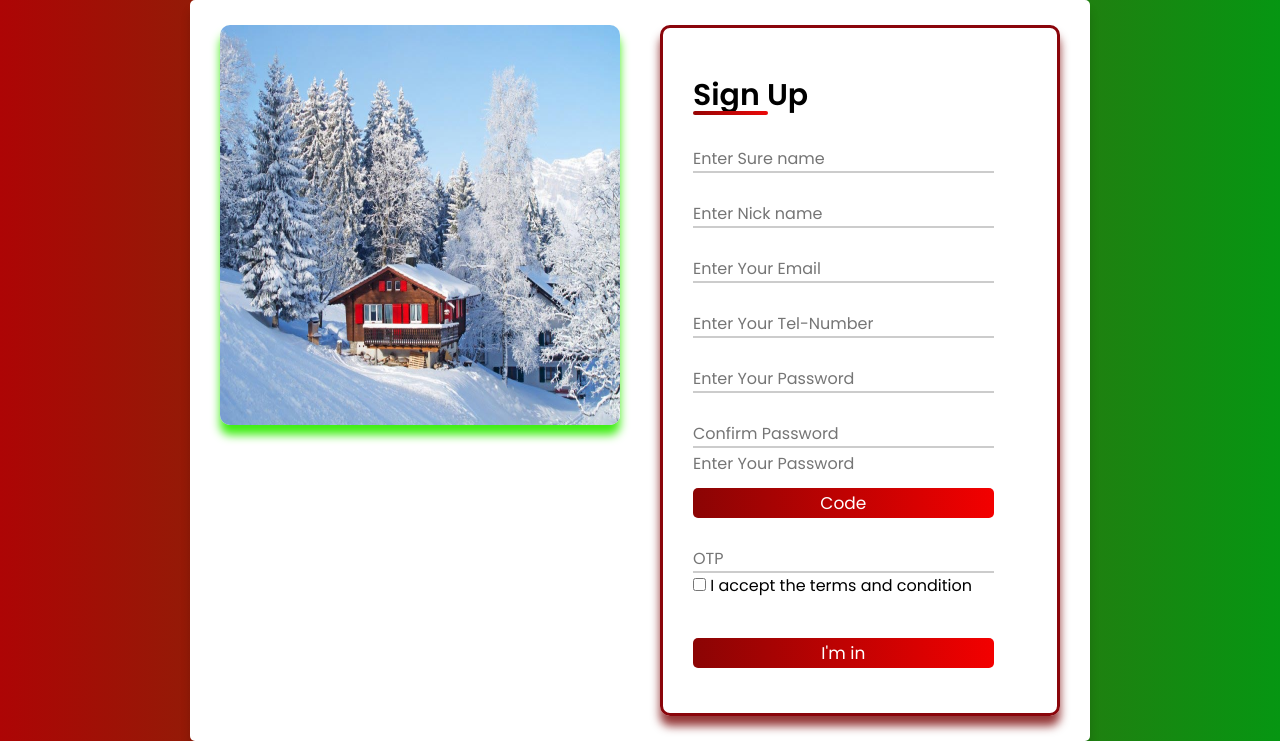
Repository: dev-ashik/Halloween
Page: Reg Page/Index.html
The author's editor kept a copy of each file at every save. The page is drawn from the files as they stood at one save, then again after the next save.
The browser window is 1280 px wide. The pictures show the whole page.

Above is the page before, as saved 2021-12-21 22:27:56.

After the next save:
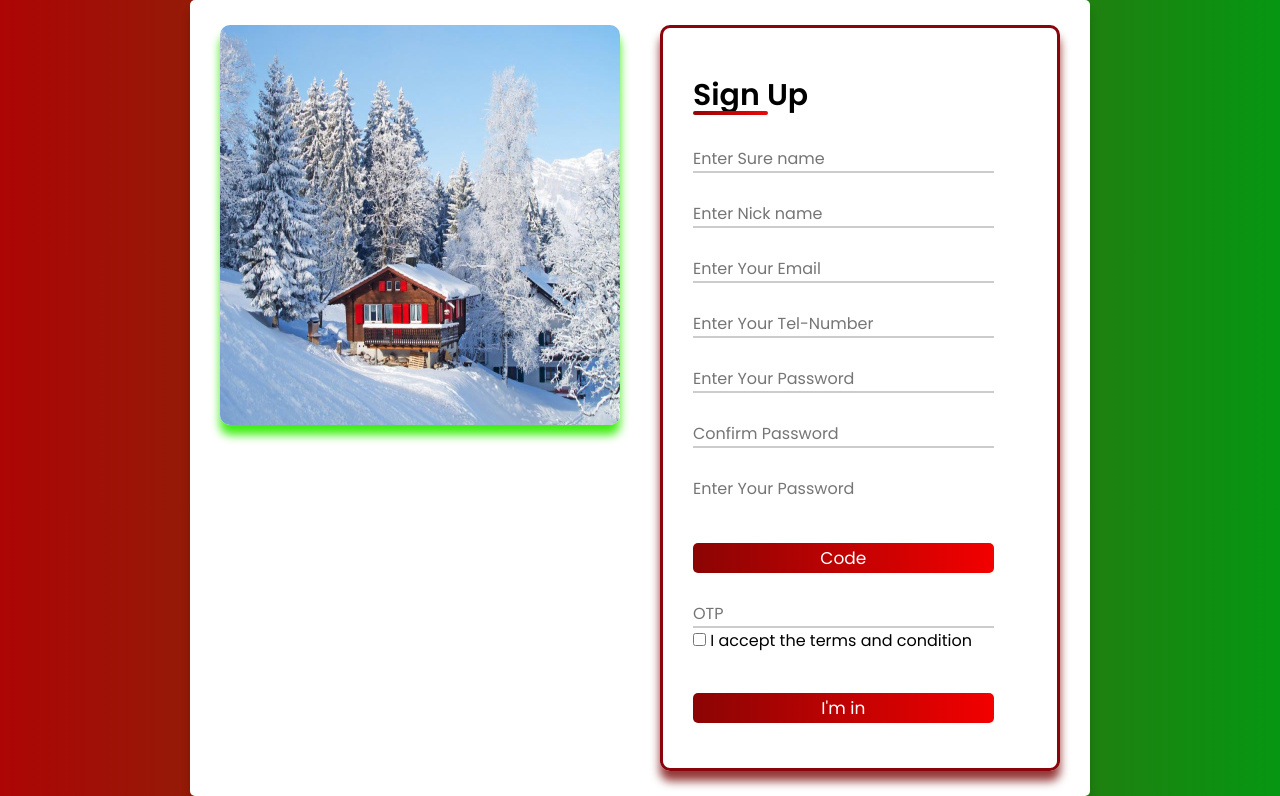
Saved 78 s later.
--- a/Reg Page/Index.html
+++ b/Reg Page/Index.html
@@ -40,8 +40,10 @@
                 </div>
                 <div class="box">
                     <input type="password" placeholder="Confirm Password" id="pwd" required>
+                    <div class="underline"></div>
+                </div>
+                <div class="box">
                     <input type="password" placeholder="Enter Your Password" id="pwd" required>
-                    <div class="underline"></div>
                 </div>
                 <div class="box button">
                     <button onclick="vercod()" id="vc">Code</button>
